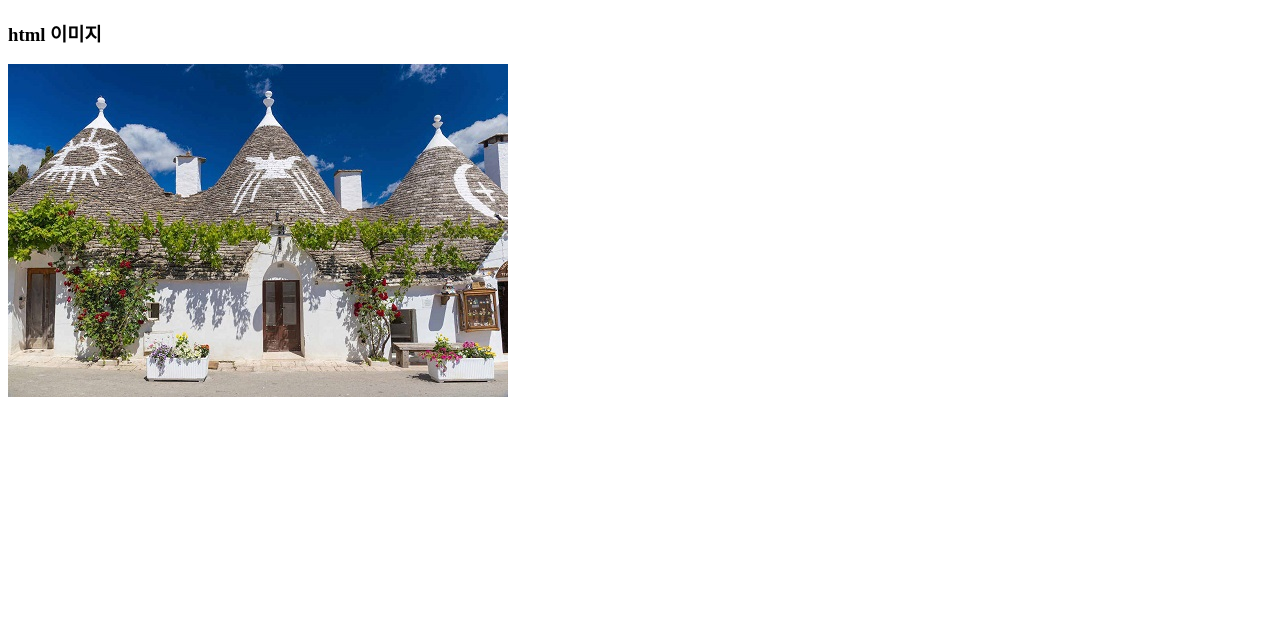
Repository: donggri1/WORKSPACE
Page: WebClass/webPro/src/main/webapp/html/days02/ex11.html
The author's editor kept a copy of each file at every save. The page is drawn from the files as they stood at one save, then again after the next save.
The browser window is 1280 px wide. The pictures show the whole page.

Above is the page before, as saved 2024-03-25 08:08:53.

### WebClass/webPro/src/main/webapp/html/days02/ex11.html
<!DOCTYPE html>
<html>
<head>
<meta charset="UTF-8">
<title>Insert title here</title>
<link rel="shortcut icon" type="image/x-icon" href="http://localhost/webPro/images/SiSt.ico">
</head>
<body>
<h3>html 이미지</h3>

<!--
	img - 웹페이지의 디자인과 모양을 향상 시킬 수 있다.
	html 폴더
		ㄴ images 폴더 추가.

alt= "이미지 대체할 텍스트지정
-->

<img alt="이탈리안 튤립" src="../images/pic_trulli.jpg">
</body>
</html>

After the next save:
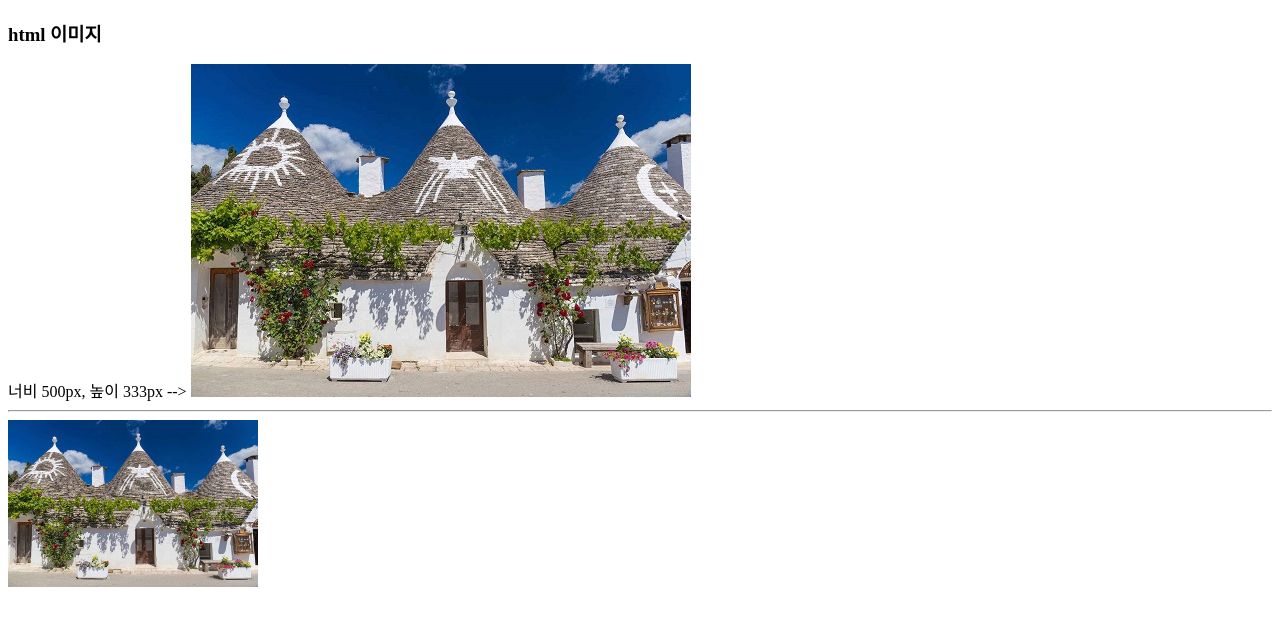
Saved 62 s later.
--- a/WebClass/webPro/src/main/webapp/html/days02/ex11.html
+++ b/WebClass/webPro/src/main/webapp/html/days02/ex11.html
@@ -15,7 +15,12 @@
 
 alt= "이미지 대체할 텍스트지정
 -->
+너비 500px, 높이 333px -->
+<img alt="이탈리안 튤립" src="../images/pic_trulli.jpg">
 
-<img alt="이탈리안 튤립" src="../images/pic_trulli.jpg">
+<hr>
+
+<img alt="이탈리안 튤립" src="../images/pic_trulli.jpg"width="250">
+
 </body>
 </html>
